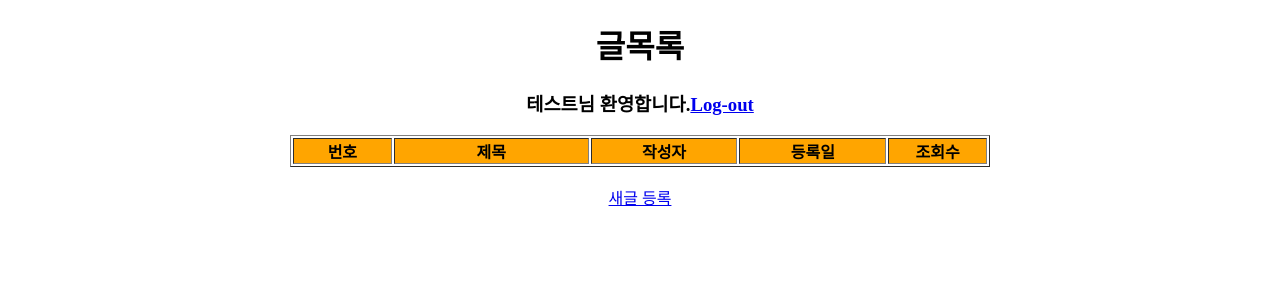
Repository: noopzzya/study_spring_globalin
Page: http://localhost/BoardWeb/getBoardList.jsp
The author's editor kept a copy of each file at every save. The page is drawn from the files as they stood at one save, then again after the next save.
The browser window is 1280 px wide. The pictures show the whole page.
The page is served by Tomcat 9. Other server files are loaded and not shown. Queries for data that is not in the repository find no rows.

Above is the page before, as saved 2023-03-09 01:55:12.

### BoardWeb/src/main/webapp/getBoardList.jsp
<%@page import="com.globalin.biz.board.impl.BoardDAO"%>
<%@page import="com.globalin.biz.board.BoardVO"%>
<%@ page language="java" contentType="text/html; charset=UTF-8"
    pageEncoding="UTF-8"%>

<%@ page import="com.globalin.biz.user.impl.UserDAO" %>
<%@ page import="com.globalin.biz.user.UserVO" %>
<%@ page import="java.util.List" %>

<%
// 데이터베이스 연동
//BoardVO vo = new BoardVO();
BoardDAO boardDAO = new BoardDAO();
List<BoardVO> boardList = boardDAO.getBoardList();

// 응답화면 구성

%>

<!DOCTYPE html>
<html>
<head>
<meta charset="UTF-8">
<title>Insert title here</title>
</head>
<body>

<div align="center">
<h1>글목록</h1>

<h3>
	테스트님 환영합니다.<a href="logout.jsp">Log-out</a>
</h3>

<table border="1" cellpadding="0" cellspacint="0" width="700">
	<tr>
		<th bgcolor="orange" width="100">번호</th>
		<th bgcolor="orange" width="200">제목</th>
		<th bgcolor="orange" width="150">작성자</th>
		<th bgcolor="orange" width="150">등록일</th>
		<th bgcolor="orange" width="100">조회수</th>
	</tr>
</table>

<br>
<a href="insertBoard.jsp">새글 등록</a>

</div>

</body>
</html>

### BoardWeb/src/main/java/com/globalin/biz/board/impl/BoardDAO.java
package com.globalin.biz.board.impl;

import java.sql.*;
import java.util.*;

import org.springframework.stereotype.Repository;

import com.globalin.biz.board.BoardVO;
import com.globalin.biz.common.JDBCUtil;

// DAO(Data Access Object)
@Repository("boardDAO")
public class BoardDAO {

	// JDBC 관련 변수 선언
	private Connection conn = null;
	private PreparedStatement pstmt = null;
	private ResultSet rs = null;

	// SQL 명령어들
	private final String BOARD_INSERT="insert into board(seq, title, writer, content) values((select nvl(max(seq),0)+1 from board), ?, ?, ?)";
	private final String BOARD_UPDATE="update board set title=?, content=? where seq=?";
	private final String BOARD_DELETE="delete from board where seq=?";
	private final String BOARD_GET="select * from board where seq=?";
	private final String BOARD_LIST="select * from board order by seq desc";
	private final String BOARD_LIST_T="select * from board where title like '%'||?||'%' order by seq desc";
	private final String BOARD_LIST_C="select * from board where content like '%'||?||'%' order by seq desc";

	// CRUD 메소드 구현
	// 글 등록
	public void insertBoard(BoardVO vo) {

		System.out.println("====> JDBC로 insertBoard() 기능 처리.");

		try {

			conn = JDBCUtil.getConnection();
			pstmt = conn.prepareStatement(BOARD_INSERT);
			pstmt.setString(1, vo.getTitle());
			pstmt.setString(2, vo.getWriter());
			pstmt.setString(3, vo.getContent());
			rs = pstmt.executeQuery();

		}catch(Exception e) {
			e.printStackTrace();
		}finally {
			JDBCUtil.close(rs, pstmt, conn);
		}


	}


	// 글 수정
	public void updateBoard(BoardVO vo) {

		System.out.println("====> JDBC로 updateBoard() 기능 처리.");

		try {
			conn = JDBCUtil.getConnection();
			pstmt = conn.prepareStatement(BOARD_UPDATE);
			pstmt.setString(1, vo.getTitle());
			pstmt.setString(2, vo.getContent());
			pstmt.setInt(3, vo.getSeq());
			pstmt.executeUpdate();

		}catch(Exception e) {
			e.printStackTrace();
		}finally {
			JDBCUtil.close(rs, pstmt, conn);
		}



	}


	// 글 삭제
	public void deleteBoard(BoardVO vo) {

		System.out.println("====> JDBC로 deleteBoard() 기능 처리.");

		try {

			conn = JDBCUtil.getConnection();
			pstmt = conn.prepareStatement(BOARD_DELETE);
			pstmt.setInt(1, vo.getSeq());
			rs = pstmt.executeQuery();

		}catch(Exception e) {
			e.printStackTrace();
		}finally {
			JDBCUtil.close(rs, pstmt, conn);
		}



	}


	// 글 상세조회
	public BoardVO getBoard(BoardVO vo) {

		System.out.println("====> JDBC로 getBoard() 기능 처리.");
		BoardVO board = null;

		try {

			conn = JDBCUtil.getConnection();
			pstmt = conn.prepareStatement(BOARD_GET);
			pstmt.setInt(1, vo.getSeq());
			rs = pstmt.executeQuery();

			if(rs.next()) {
				board = new BoardVO();
				board.setSeq(rs.getInt("seq"));
				board.setTitle(rs.getString("title"));
				board.setWriter(rs.getString("writer"));
				board.setContent(rs.getString("content"));
				board.setRegDate(rs.getDate("regDate"));
				board.setCnt(rs.getInt("cnt"));
			}

		}catch(Exception e) {
			e.printStackTrace();
		}finally {
			JDBCUtil.close(rs, pstmt, conn);
		}


		return board;
	}

	// 글 목록조회
	public List<BoardVO> getBoardList(BoardVO vo) {

		System.out.println("====> JDBC로 getBoardList() 기능 처리.");
		List<BoardVO> boardList = new ArrayList<BoardVO>();
		BoardVO board = null;
		try {

			conn = JDBCUtil.getConnection();
			if(vo.getSearchCondition().equals("TITLE")) {
				pstmt = conn.prepareStatement(BOARD_LIST_T);
			}else if(vo.getSearchCondition().equals("CONTENT")) {
				pstmt = conn.prepareStatement(BOARD_LIST_C);
			}
			pstmt.setString(1, vo.getSearchKeyword());

			// pstmt = conn.prepareStatement(BOARD_LIST);
			rs = pstmt.executeQuery();

			while(rs.next()) {
				board = new BoardVO();
				board.setSeq(rs.getInt("seq"));
				board.setTitle(rs.getString("title"));
				board.setWriter(rs.getString("writer"));
				board.setContent(rs.getString("content"));
				board.setRegDate(rs.getDate("regDate"));
				board.setCnt(rs.getInt("cnt"));
				boardList.add(board);
			}

		}catch(Exception e) {
			e.printStackTrace();
		}finally {
			JDBCUtil.close(rs, pstmt, conn);
		}

		return boardList;
	}
}

### BoardWeb/src/main/java/com/globalin/biz/common/JDBCUtil.java
package com.globalin.biz.common;

import java.sql.*;

public class JDBCUtil {

	public static Connection getConnection() {

		try {
			Class.forName("oracle.jdbc.driver.OracleDriver");
			return DriverManager.getConnection("jdbc:oracle:thin:@localhost:1521:orcl", "scott", "tiger");
		}catch(Exception e) {
			e.printStackTrace();
		}
		return null;
	}

	public static void close(PreparedStatement pstmt, Connection conn) {

		if(pstmt!=null) {
			try {
				if(!pstmt.isClosed())
					pstmt.close();
			}catch(Exception e) {
				e.printStackTrace();
			}finally {
				pstmt = null;
			}
		}

		if(conn!=null) {
			try {
				if(!conn.isClosed())
					conn.close();
			}catch(Exception e) {
				e.printStackTrace();
			}finally {
				conn = null;
			}
		}
	}

	public static void close(ResultSet rs, PreparedStatement pstmt, Connection conn) {

		if(rs!=null) {
			try {
				if(!rs.isClosed())
					rs.close();
			}catch(Exception e) {
				e.printStackTrace();
			}finally {
				rs = null;
			}
		}

		if(pstmt!=null) {
			try {
				if(!pstmt.isClosed())
					pstmt.close();
			}catch(Exception e) {
				e.printStackTrace();
			}finally {
				pstmt = null;
			}
		}

		if(conn!=null) {
			try {
				if(!conn.isClosed())
					conn.close();
			}catch(Exception e) {
				e.printStackTrace();
			}finally {
				conn = null;
			}
		}
	}
}

After the next save:
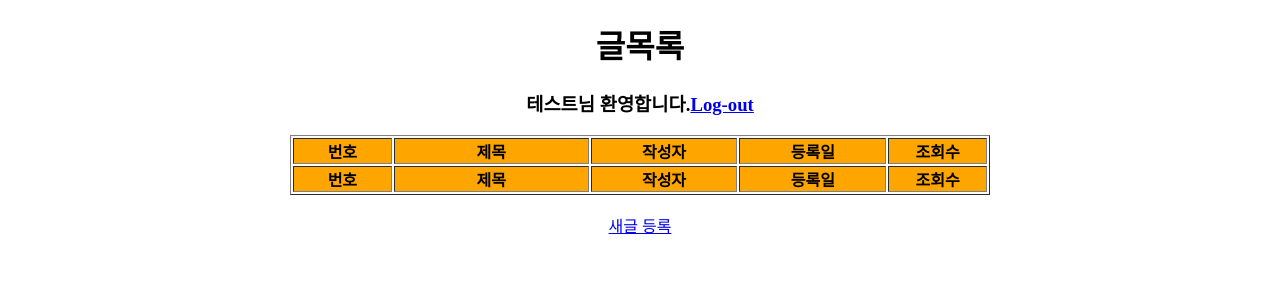
Saved 34 s later.
--- a/BoardWeb/src/main/webapp/getBoardList.jsp
+++ b/BoardWeb/src/main/webapp/getBoardList.jsp
@@ -40,6 +40,14 @@
 		<th bgcolor="orange" width="150">등록일</th>
 		<th bgcolor="orange" width="100">조회수</th>
 	</tr>
+
+	<tr>
+		<th bgcolor="orange" width="100">번호</th>
+		<th bgcolor="orange" width="200">제목</th>
+		<th bgcolor="orange" width="150">작성자</th>
+		<th bgcolor="orange" width="150">등록일</th>
+		<th bgcolor="orange" width="100">조회수</th>
+	</tr>
 </table>
 
 <br>

After the save that followed:
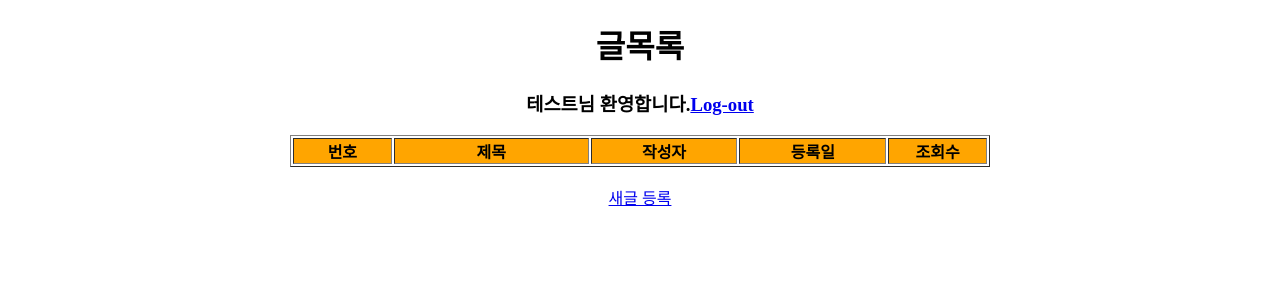
Saved 5 min 3 s later.
--- a/BoardWeb/src/main/webapp/getBoardList.jsp
+++ b/BoardWeb/src/main/webapp/getBoardList.jsp
@@ -41,13 +41,22 @@
 		<th bgcolor="orange" width="100">조회수</th>
 	</tr>
 
+	<%
+		for(BoardVO board : boardList){
+	%>
+
 	<tr>
-		<th bgcolor="orange" width="100">번호</th>
-		<th bgcolor="orange" width="200">제목</th>
-		<th bgcolor="orange" width="150">작성자</th>
-		<th bgcolor="orange" width="150">등록일</th>
-		<th bgcolor="orange" width="100">조회수</th>
+		<td><%=board.getSeq()%></td>
+		<td align="left">
+			<a href="getBoard.jsp?seq=<%=board.getSeq()%>"><%=board.getTitle()%></a>
+		</td>
+
 	</tr>
+
+	<%
+		}
+	%>
+
 </table>
 
 <br>
